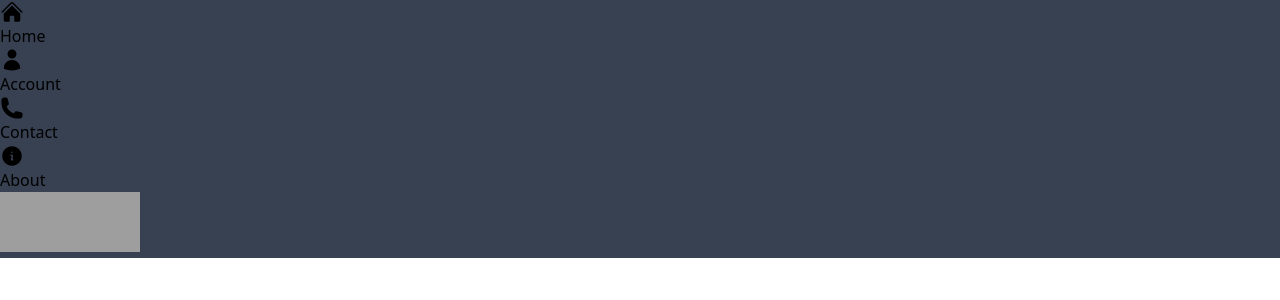
Repository: lyvandat/imdb-movie
Page: /
The author's editor kept a copy of each file at every save. The page is drawn from the files as they stood at one save, then again after the next save.
The browser window is 1280 px wide. The pictures show the whole page.
Pictures or frames that could not be fetched are drawn as grey boxes. The project was rebuilt for these pictures with package versions that can differ from the ones it lists, and the page was loaded fresh each time. The framework's server and built-in components were replaced by stand-ins that run in the browser. Also part of the build but not shown: next.config.js.

Above is the page before, as saved 2022-10-04 10:21:48.

### pages/index.js
import Head from "next/head";
import Header from "../components/Header";

export default function Home() {
  return (
    <div>
      <Head>
        <title>Create Next App</title>
        <meta name="description" content="Generated by create next app" />
        <link rel="icon" href="/favicon.ico" />
      </Head>

      <Header />
    </div>
  );
}

### components/Header.js
import React from "react";
import Image from "next/image";
import {
  HomeIcon,
  UserIcon,
  PhoneIcon,
  InformationCircleIcon,
} from "@heroicons/react/24/solid";

// import { Container } from './styles';

function Header() {
  return (
    <section className="bg-gray-700">
      <ul>
        <li>
          <HomeIcon className="h-6" />
          <p>Home</p>
        </li>
        <li>
          <UserIcon className="h-6" />
          <p>Account</p>
        </li>
        <li>
          <PhoneIcon className="h-6" />
          <p>Contact</p>
        </li>
        <li>
          <InformationCircleIcon className="h-6" />
          <p>About</p>
        </li>
      </ul>
      <Image
        src="https://th.bing.com/th/id/R.96d6a3163510b47bda4d016b465fb380?rik=RdmM%2faKqGkQOUw&riu=http%3a%2f%2fimg4.wikia.nocookie.net%2f__cb20130124112826%2flogopedia%2fimages%2f8%2f8e%2fIMDB.png&ehk=Svd7%2fn42Zig1owSS1hb%2b2k8bFFdbEKW6iFyTQu2u5yw%3d&risl=&pid=ImgRaw&r=0"
        width={140}
        height={60}
      />
    </section>
  );
}

export default Header;

Loaded but not shown: pages/_app.js (common file); styles/globals.css (common file); tailwind.config.js (common file)

After the next save:
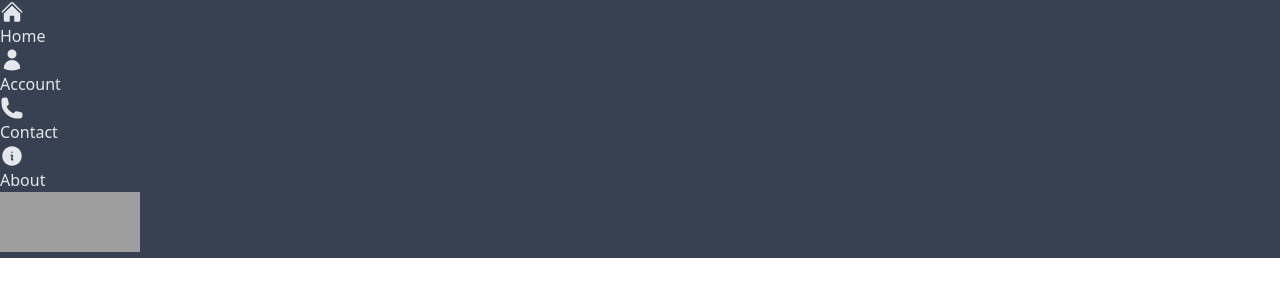
Saved 49 s later.
--- a/components/Header.js
+++ b/components/Header.js
@@ -11,7 +11,7 @@ import {
 
 function Header() {
   return (
-    <section className="bg-gray-700">
+    <section className="bg-gray-700 text-gray-200">
       <ul>
         <li>
           <HomeIcon className="h-6" />
